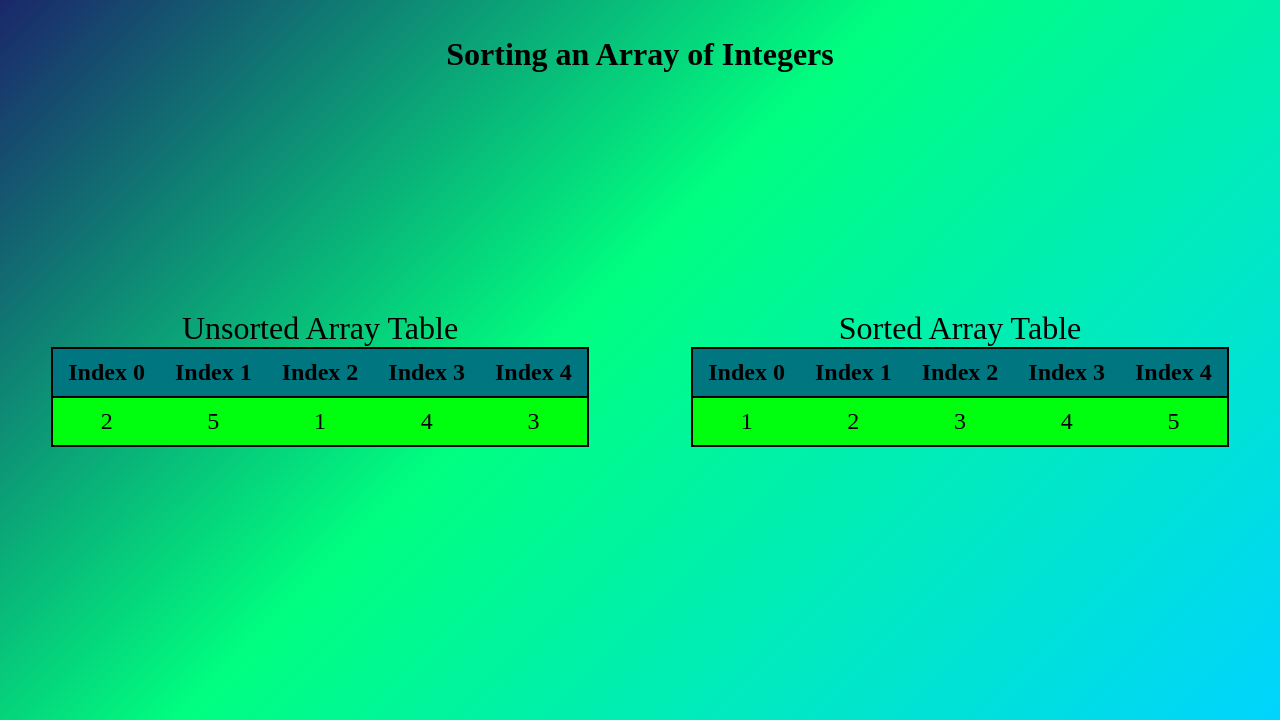
Repository: mlmEFSC21/P16-Sorting-Integers
Page: sort.html
An editor plug-in stored every save of this project. The page is shown before and after the next save, followed by the edit.
The browser window is 1280 px wide. The pictures show the whole page.

Above is the page before, as saved 2022-03-24 19:09:06.

### sort.html
<!DOCTYPE html>
<html lang="en">
    <head>
        <meta charset="UTF-8" />
        <meta http-equiv="X-UA-Compatible" content="IE=edge" />
        <meta name="viewport" content="width=device-width, initial-scale=1.0" />
        <link rel="stylesheet" href="sort.css" />
        <!-- <script defer src="sort.js"></script> -->
        <title>Array Sorting</title>
    </head>
    <body>
        <header class="mainHeader">
            <h1>Sorting an Array of Integers</h1>
        </header>
        <section>
            <div class="arrayContainer" id="arrayContainer">
                <!-- <h2 class="unsorted" id="unsorted">Array 1</h2>
                <h2 class="sorted" id="sorted">Array 2</h2> -->
                <table class="unsortedTable" id="unsortedTable">
                    <caption>
                        Unsorted Array Table
                    </caption>
                    <thead>
                        <tr class="theadRow">
                            <th>Index 0</th>
                            <th>Index 1</th>
                            <th>Index 2</th>
                            <th>Index 3</th>
                            <th>Index 4</th>
                        </tr>
                    </thead>
                    <tbody>
                        <tr>
                            <td>2</td>
                            <td>5</td>
                            <td>1</td>
                            <td>4</td>
                            <td>3</td>
                        </tr>
                    </tbody>
                </table>
                <table class="sortedTable" id="sortedTable">
                    <caption>
                        Sorted Array Table
                    </caption>
                    <thead>
                        <th>Index 0</th>
                        <th>Index 1</th>
                        <th>Index 2</th>
                        <th>Index 3</th>
                        <th>Index 4</th>
                    </thead>
                    <tbody>
                        <tr>
                            <td>1</td>
                            <td>2</td>
                            <td>3</td>
                            <td>4</td>
                            <td>5</td>
                        </tr>
                    </tbody>
                </table>
            </div>
        </section>
    </body>
</html>

### sort.css
:root {
    --clr-background: #00ff8f;
    --clr-primary: hsl(184, 100%, 50%);
    --clr-primary-light: hsl(184, 100%, 25%);
    --clr-secondary: #00ff0f;
}
*,
*::after,
*::before {
    box-sizing: border-box;
    margin: 0;
    padding: 0;
}
body {
    font-size: 0.875;
    background-color: var(--clr-background);
    background-repeat: no-repeat;
    background-size: cover;
    background: linear-gradient(
        135deg,
        rgba(26, 39, 107, 1) 0%,
        rgba(0, 255, 128, 1) 45%,
        rgba(0, 212, 255, 1) 100%
    );
    height: 100vh;
}
.mainHeader {
    height: 15vh;
    display: flex;
    align-items: center;
    justify-content: center;
}
.arrayContainer {
    height: min(75vh, 640px);
    display: flex;
    align-items: center;
    justify-content: space-around;
}
table {
    border-collapse: collapse;
    font-size: 1.5rem;
    border: 2px solid black;
}
caption {
    font-size: 2rem;
}
thead {
    border-bottom: 2px solid black;
}
th {
    background-color: var(--clr-primary-light);
}
td {
    background-color: var(--clr-secondary);
    text-align: center;
}
th,
td {
    margin: 10px 15px;
    padding: 10px 15px;
}

After the next save:
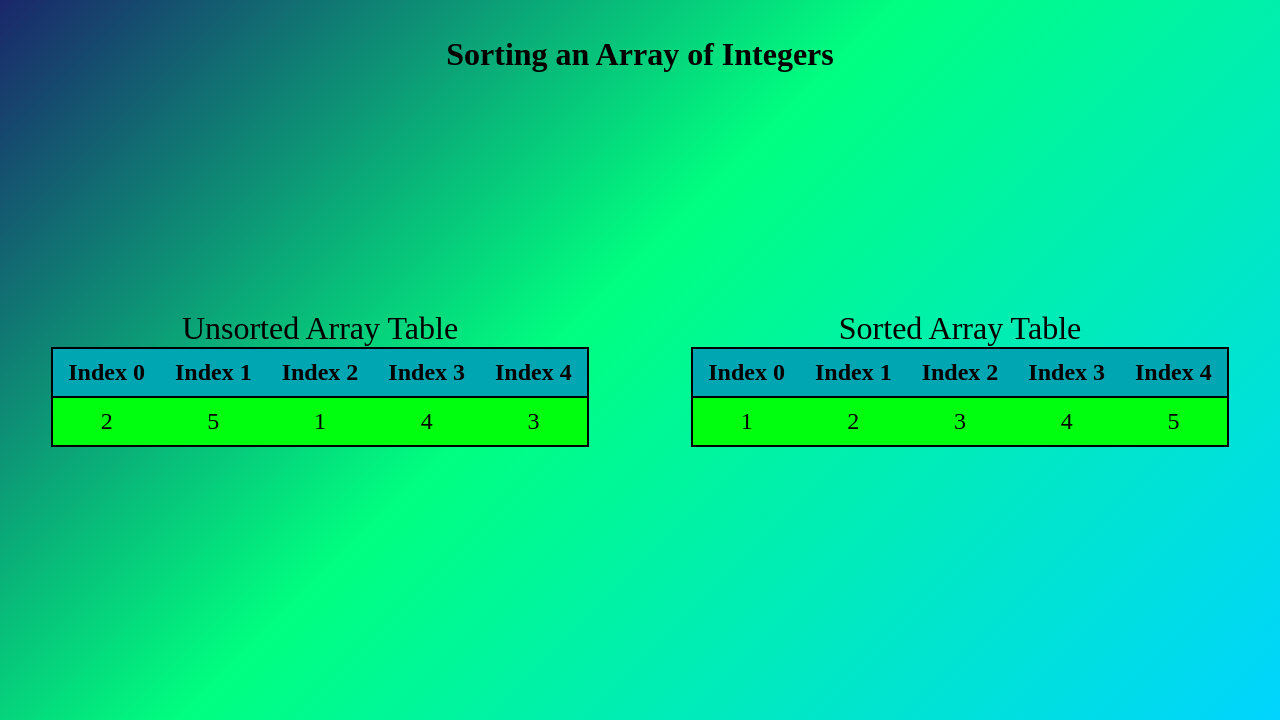
Saved 7 s later.
--- a/sort.css
+++ b/sort.css
@@ -1,7 +1,7 @@
 :root {
     --clr-background: #00ff8f;
     --clr-primary: hsl(184, 100%, 50%);
-    --clr-primary-light: hsl(184, 100%, 25%);
+    --clr-primary-light: hsl(184, 100%, 35%);
     --clr-secondary: #00ff0f;
 }
 *,
